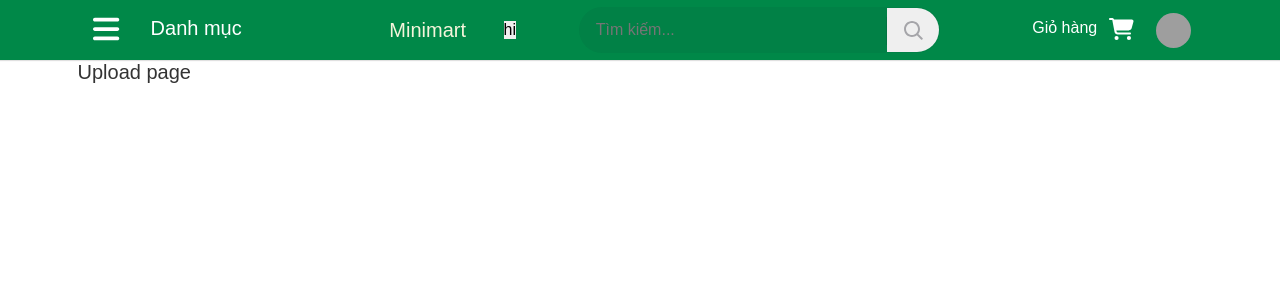
Repository: Duytan05/tiktok-ui
Page: /upload
An editor plug-in stored every save of this project. The page is shown before and after the next save, followed by the edit.
The browser window is 1280 px wide. The pictures show the whole page.
Pictures or frames that could not be fetched are drawn as grey boxes. Some web fonts or font styles are not loaded; a fallback is used. The project was rebuilt for these pictures with package versions that can differ from the ones it lists, and the page was loaded fresh each time. Also part of the build but not shown: src/component/Button/Button.module.scss, src/component/Popper/Popper.module.scss, src/component/Popper/Menu/Menu.module.scss, src/component/Popper/Menu/Header.js, src/component/AccountItem/AccountItem.module.scss, src/component/AccountItem/index.js, src/component/Layout/components/Cart/CartItem.js, src/component/Layout/components/Container/Container.module.scss and 16 more.

Above is the page before, as saved 2023-05-23 14:23:34.

### public/index.html
<!DOCTYPE html>

<html lang="en">
    <head>
        <link rel="stylesheet" href="https://cdn.jsdelivr.net/npm/bootstrap@5.3.0-alpha1/dist/css/bootstrap.min.css" />
        <meta charset="utf-8" />
        <link rel="icon" href="%PUBLIC_URL%/favicon.ico" />
        <meta name="viewport" content="width=device-width, initial-scale=1" />
        <meta name="theme-color" content="#000000" />
        <meta name="description" content="Web site created using create-react-app" />
        <link rel="apple-touch-icon" href="%PUBLIC_URL%/logo192.png" />

        <!--
      manifest.json provides metadata used when your web app is installed on a
      user's mobile device or desktop. See https://developers.google.com/web/fundamentals/web-app-manifest/
    -->
        <link rel="manifest" href="%PUBLIC_URL%/manifest.json" />

        <!--
      Notice the use of %PUBLIC_URL% in the tags above.
      It will be replaced with the URL of the `public` folder during the build.
      Only files inside the `public` folder can be referenced from the HTML.

      Unlike "/favicon.ico" or "favicon.ico", "%PUBLIC_URL%/favicon.ico" will
      work correctly both with client-side routing and a non-root public URL.
      Learn how to configure a non-root public URL by running `npm run build`.
    -->
        <title>React App</title>
    </head>

    <body>
        <script
            src="https://cdn.jsdelivr.net/npm/bootstrap@5.3.0-alpha1/dist/js/bootstrap.bundle.min.js"
            integrity="sha384-w76AqPfDkMBDXo30jS1Sgez6pr3x5MlQ1ZAGC+nuZB+EYdgRZgiwxhTBTkF7CXvN"
            crossorigin="anonymous"
        ></script>
        <noscript>You need to enable JavaScript to run this app.</noscript>
        <div id="root"></div>
        <!--
      This HTML file is a template.
      If you open it directly in the browser, you will see an empty page.

      You can add webfonts, meta tags, or analytics to this file.
      The build step will place the bundled scripts into the <body> tag.

      To begin the development, run `npm start` or `yarn start`.
      To create a production bundle, use `npm run build` or `yarn build`.
    --></body>
</html>

### src/index.js
import React from 'react';

import ReactDOM from 'react-dom/client';
import App from '~/App';
import reportWebVitals from './reportWebVitals';
import GlobalStyle from '~/component/GlobalStyles';
const root = ReactDOM.createRoot(document.getElementById('root'));
root.render(
    <React.StrictMode>
        <GlobalStyle>
            <App />
        </GlobalStyle>
    </React.StrictMode>,
);

// If you want to start measuring performance in your app, pass a function
// to log results (for example: reportWebVitals(console.log))
// or send to an analytics endpoint. Learn more: https://bit.ly/CRA-vitals
reportWebVitals();

### src/App.js
import { Fragment } from 'react';
import { BrowserRouter as Router, Routes, Route } from 'react-router-dom';
import { publicRoutes } from '~/routers';
import { DefaultLayout } from './component/Layout';
import '../node_modules/bootstrap/dist/css/bootstrap.min.css';
import { CartProvider } from 'react-use-cart';
function App() {
    return (
        <CartProvider>
            <Router>
                <div className="App">
                    <Routes>
                        {publicRoutes.map((route, index) => {
                            const Page = route.component;
                            let Layout = DefaultLayout;
                            if (route.layout) {
                                Layout = route.layout;
                            } else if (route.layout === null) {
                                Layout = Fragment;
                            }
                            return (
                                <Route
                                    key={index}
                                    path={route.path}
                                    element={
                                        <Layout>
                                            <Page />
                                        </Layout>
                                    }
                                />
                            );
                        })}
                    </Routes>
                </div>
            </Router>
        </CartProvider>
    );
}
export default App;

### src/component/GlobalStyles/index.js
import './GlobalStyles.scss';
function GlobalStyle({ children }) {
    return children;
}
export default GlobalStyle;

### src/routers/index.js
//layouts
import { HeaderOnly } from '~/component/Layout';

//pages
import Home from '~/pages/Home';
import Following from '~/pages/Following';
import Profile from '~/pages/Profile';
import Upload from '~/pages/Upload';
import Search from '~/pages/Search';
import Cart from '~/pages/Cart/Cart';

//Public routes
const publicRoutes = [
    { path: '/', component: Home },
    { path: '/folowing', component: Following },
    { path: '/@:nickname', component: Profile },
    { path: '/cart', component: Cart },
    { path: '/upload', component: Upload, layout: HeaderOnly },
    { path: '/search', component: Search, layout: null },
];

const priviteRoutes = [];

export { priviteRoutes, publicRoutes };

### src/component/GlobalStyles/GlobalStyles.scss
@import 'normalize.css';

:root {
    --primary: #fe2c55;
    --black: #000;
    --text-color: #333;
    --white: #fff;
    //Default layout
    --default-layout-header-height: 60px;
    --default-layout-width: 1150px;
    --default-layout-horizontal-spacer: 24px;
}
* {
    margin: 0;
    padding: 0;
    box-sizing: border-box;
}
html {
    font-size: 62.5%;
}
body {
    font-family: 'ProximaNova', sans-serif;
    font-size: 1.6rem;
    line-height: 1.5;
    text-rendering: optimizeSpeed;
    color: var(--text-color);
}
button,
input,
[tabindex] {
    outline: none;
    border: none;
}
a[href] {
    color: var(--text-color);
    text-decoration: none;
}
//Fonst embeded
@font-face {
    font-family: ProximaNova;
    src: url('/assets/fonts/Proxima-Nova-Regular.woff2');
    font-weight: 400;
}
@font-face {
    font-family: ProximaNova;
    src: url('/assets/fonts/Proxima-Nova-Semibold.woff2');
    font-weight: 600;
}
@font-face {
    font-family: ProximaNova;
    src: url('/assets/fonts/Proxima-Nova-Bold.woff');
    font-weight: 700;
}
@font-face {
    font-family: SofiaPro;
    src: url('/assets/fonts/sofiapro-bold.woff2');
    font-weight: 700;
}

//custom tippy tooltip
body {
    .tippy-box {
        border-radius: 8px;
        font-weight: 600;
        font-size: 1.6rem;
        line-height: 2.2rem;
        background-color: rgba(84, 84, 84, 0.92);
    }
    .tippy-content {
        padding: 8px 9px;
    }
    .tippy-arrow {
        color: rgba(84, 84, 84, 0.92);
    }
    .tippy-box[data-placement^='bottom'] > .tippy-arrow:before {
        top: -8px;
    }
}

### src/pages/Upload/index.js
function Upload() {
    return <h2>Upload page </h2>;
}
export default Upload;

### src/component/Layout/HeaderOnly/index.js
import Header from '~/component/Layout/components/Header';

function HeaderOnly({ children }) {
    return (
        <div>
            <Header />
            <div className="container">
                <div className="content">{children}</div>
            </div>
        </div>
    );
}

export default HeaderOnly;

### src/component/Button/index.js
import classNames from 'classnames/bind';
import { Link } from 'react-router-dom';
import styles from './Button.module.scss';

const cx = classNames.bind(styles);

function Button({
    to,
    href,
    primary = false,
    outline = false,
    text = false,
    disabled,
    rounded = false,
    small = false,
    large = false,
    children,
    className,
    leftIcon,
    rightIcon,
    onClick,
    ...passProps
}) {
    let Comp = 'button';

    const props = {
        onClick,
        ...passProps,
    };
    //remove event listener when btn is disabled
    if (disabled) {
        Object.keys(props).forEach((key) => {
            if (key.startsWith('on') && typeof props[key] === 'function') {
                delete props[key];
            }
        });
    }
    if (to) {
        props.to = to;
        Comp = Link;
    } else if (href) {
        props.href = href;
        Comp = 'a';
    }
    const classes = cx('wrapper', {
        [className]: className,
        primary,
        outline,
        text,
        rounded,
        small,
        disabled,
        large,
    });
    return (
        <Comp className={classes} {...props}>
            {leftIcon && <span className={cx('icon')}>{leftIcon}</span>}
            <span className={cx('title')}>{children}</span>
            {rightIcon && <span className={cx('icon')}>{rightIcon}</span>}
        </Comp>
    );
}

export default Button;

### src/component/Layout/components/Header/Header.module.scss
.wrapper {
    --search-border-radius: 92px;
    --search-height: 46px;
    --search-top-spacer: 9px;
    --search-buttom-width: 52px;
    width: 100%;
    height: var(--default-layout-header-height, 60px);
    box-shadow: 0px 1px 1px rgb(0 0 0/ 12%);
    display: flex;
    justify-content: center;
    background-color: #008848;
}

.inner {
    height: 100%;
    width: var(--default-layout-width);
    padding: 0 var(--default-layout-horizontal-spacer);
    display: flex;
    align-items: center;
    justify-content: space-between;
}

.custom-login {
    color: red;
}
//actions
.actions {
    display: flex;
    align-items: center;
}
.more-btn {
    font-size: 2rem;
    margin-left: 28px;
    padding: 4px 8px;
    background-color: transparent;
    cursor: pointer;
}
.action-btn {
    font-size: 2.2rem;
    color: white;
    background-color: transparent;
    padding: 4px 12px;
    cursor: pointer;
}
.user-avatar {
    width: 35px;
    height: 35px;
    object-fit: cover;
    border-radius: 50%;
    margin-left: 10px;
    cursor: pointer;
}
.category {
    width: 45px;
    height: 45px;
    font-size: 30px;
    align-items: center;
    color: white;
    margin-left: 4px;
    cursor: pointer;
}
.font {
    margin-right: 40px;
    font-size: 16px;
    color: white;
}
.logo {
    font-size: 20px;
    margin-left: 95px;
    color: beige;
    // margin-right: 60px;
}
.map {
    margin-left: 25px;
    margin-right: 50px;
}
.cart {
    font-size: 16px;
    color: white;
    background-color: transparent;
    margin-left: 80px;
}

### src/assets/images/index.js
const images = {
    logo: require('~/assets/images/logo.webp').default,
    noImage: require('~/assets/images/no-image.png'),
};

export default images;

### src/component/Popper/Menu/index.js
import classNames from 'classnames/bind';
import Tippy from '@tippyjs/react/headless';

import { Wrapper as PopperWrapper } from '~/component/Popper';
import styles from './Menu.module.scss';
// import Header from './Header';
import MenuItem from './MenuItem';
import { useState } from 'react';
import Header from './Header';

const cx = classNames.bind(styles);

const defaultfn = () => {};

function Menu({ children, items = [], onChange = defaultfn }) {
    const [history, setHistory] = useState([{ data: items }]);
    const current = history[history.length - 1];

    const renderItems = () => {
        return current.data.map((item, index) => {
            const isParent = !!item.children;
            return (
                <MenuItem
                    key={index}
                    data={item}
                    onClick={() => {
                        if (isParent) {
                            setHistory((prev) => [...prev, item.children]);
                        } else {
                            onChange(item);
                        }
                    }}
                />
            );
        });
    };
    return (
        <Tippy
            interactive
            placement="bottom-start"
            delay={[0, 5000]}
            offset={[0, 0]}
            render={(attrs) => (
                <div className={cx('menu-list')} tabIndex="-1" {...attrs}>
                    <PopperWrapper className={cx('menu-popper')}>
                        {history.length > 1 && (
                            <Header
                                title="Types"
                                onBack={() => {
                                    setHistory((prev) => prev.slice(0, prev.length - 1));
                                }}
                            />
                        )}

                        {renderItems()}
                    </PopperWrapper>
                </div>
            )}
            // set lại giá trị như ban đầu
            onHide={() => setHistory((prev) => prev.slice(0, 1))}
        >
            {children}
        </Tippy>
    );
}

export default Menu;

### src/component/icons/index.js
export const MessengerIcon = (className, width = '2.8rem', height = '2.8rem') => (
    <svg
        class={className}
        width={width}
        data-e2e=""
        height={height}
        viewBox="0 0 48 48"
        fill="currentColor"
        xmlns="http://www.w3.org/2000/svg"
    >
        <path
            fill-rule="evenodd"
            clip-rule="evenodd"
            d="M2.17877 7.17357C2.50304 6.45894 3.21528 6 4.00003 6H44C44.713 6 45.372 6.37952 45.7299 6.99615C46.0877 7.61278 46.0902 8.37327 45.7365 8.99228L25.7365 43.9923C25.3423 44.6821 24.5772 45.0732 23.7872 44.9886C22.9972 44.9041 22.3321 44.3599 22.0929 43.6023L16.219 25.0017L2.49488 9.31701C1.97811 8.72642 1.85449 7.88819 2.17877 7.17357ZM20.377 24.8856L24.531 38.0397L40.5537 10H8.40757L18.3918 21.4106L30.1002 14.2054C30.5705 13.9159 31.1865 14.0626 31.4759 14.533L32.5241 16.2363C32.8136 16.7066 32.6669 17.3226 32.1966 17.612L20.377 24.8856Z"
        ></path>
    </svg>
);

export const InboxIcon = (className, width = '3.2rem', height = '3.2rem') => (
    <svg
        class={className}
        width={width}
        data-e2e=""
        height={height}
        viewBox="0 0 32 32"
        fill="currentColor"
        xmlns="http://www.w3.org/2000/svg"
    >
        <path
            fill-rule="evenodd"
            clip-rule="evenodd"
            d="M24.0362 21.3333H18.5243L15.9983 24.4208L13.4721 21.3333H7.96047L7.99557 8H24.0009L24.0362 21.3333ZM24.3705 23.3333H19.4721L17.2883 26.0026C16.6215 26.8176 15.3753 26.8176 14.7084 26.0026L12.5243 23.3333H7.62626C6.70407 23.3333 5.95717 22.5845 5.9596 21.6623L5.99646 7.66228C5.99887 6.74352 6.74435 6 7.66312 6H24.3333C25.2521 6 25.9975 6.7435 26 7.66224L26.0371 21.6622C26.0396 22.5844 25.2927 23.3333 24.3705 23.3333ZM12.6647 14C12.2965 14 11.998 14.2985 11.998 14.6667V15.3333C11.998 15.7015 12.2965 16 12.6647 16H19.3313C19.6995 16 19.998 15.7015 19.998 15.3333V14.6667C19.998 14.2985 19.6995 14 19.3313 14H12.6647Z"
        ></path>
    </svg>
);
export const SearchIcon = (className, width = '2.4rem', height = '2.4rem') => (
    <svg
        className={className}
        width={width}
        data-e2e=""
        height={height}
        viewBox="0 0 48 48"
        fill="currentColor"
        xmlns="http://www.w3.org/2000/svg"
    >
        <path
            fill-rule="evenodd"
            clip-rule="evenodd"
            d="M22 10C15.3726 10 10 15.3726 10 22C10 28.6274 15.3726 34 22 34C28.6274 34 34 28.6274 34 22C34 15.3726 28.6274 10 22 10ZM6 22C6 13.1634 13.1634 6 22 6C30.8366 6 38 13.1634 38 22C38 25.6974 36.7458 29.1019 34.6397 31.8113L43.3809 40.5565C43.7712 40.947 43.7712 41.5801 43.3807 41.9705L41.9665 43.3847C41.5759 43.7753 40.9426 43.7752 40.5521 43.3846L31.8113 34.6397C29.1019 36.7458 25.6974 38 22 38C13.1634 38 6 30.8366 6 22Z"
        ></path>
    </svg>
);

### src/component/Images/index.js
import classNames from 'classnames';
import { forwardRef, useState } from 'react';
import images from '~/assets/images';
import Styles from './Image.module.scss';
const Image = forwardRef(({ src, alt, className, fallback: customFallback = images.noImage, ...props }, ref) => {
    const [fallback, setFallback] = useState('');

    const handleError = () => {
        setFallback(images.noImage);
    };
    return (
        <img
            className={classNames(Styles.wrapper, className)}
            ref={ref}
            src={fallback || src}
            alt={alt}
            {...props}
            onError={handleError}
        />
    );
});

export default Image;

### src/component/Layout/components/Search/index.js
import { useEffect, useRef, useState } from 'react';

import HeadlessTippy from '@tippyjs/react/headless';
import { FontAwesomeIcon } from '@fortawesome/react-fontawesome';
import { faCircleXmark, faSpinner } from '@fortawesome/free-solid-svg-icons';
import classNames from 'classnames/bind';

import * as request from '~/utills/request';
import { Wrapper as PopperWrapper } from '~/component/Popper';
import { SearchIcon } from '~/component/icons';
import AccountItem from '~/component/AccountItem';
import { useDebounce } from '~/hooks';
import styles from './Search.module.scss';
const cx = classNames.bind(styles);
function Search() {
    const [searchValue, setSearchValue] = useState('');
    const [searchResult, setSearchResult] = useState([]);
    const [showResult, setShowResult] = useState(true);
    const [loading, setLoading] = useState(false);
    const inputRef = useRef();

    const debounced = useDebounce(searchValue, 500);
    useEffect(() => {
        if (!debounced.trim()) {
            setSearchResult([]);
            return;
        }
        setLoading(true);

        const fetchApi = async () => {};
        fetchApi();
        request
            .get(`users/search`, {
                params: {
                    q: debounced,
                    type: 'less',
                },
            })
            // .then((res) => res.json())
            .then((res) => {
                setSearchResult(res.data.data);
                setLoading(false);
            })
            .catch(() => {
                setLoading(false);
            });
    }, [debounced]);
    const handleClear = () => {
        setSearchValue('');
        setSearchResult([]);
        inputRef.current.focus();
    };
    const handleResult = () => {
        setShowResult(false);
    };
    return (
        <HeadlessTippy
            interactive
            // kết quả tìm kiếm lớn hơn 0 mới hiện kết quả
            visible={showResult && searchResult.length > 0}
            render={(attrs) => (
                <div className={cx('search-result')} tabIndex="-1" {...attrs}>
                    <PopperWrapper>
                        <h4 className={cx('search-title')}>Account</h4>
                        {searchResult.map((result) => (
                            <AccountItem key={result.id} data={result} />
                        ))}
                    </PopperWrapper>
                </div>
            )}
            onClickOutside={handleResult}
        >
            <div className={cx('search')}>
                <input
                    ref={inputRef}
                    value={searchValue}
                    placeholder="Tìm kiếm..."
                    spellCheck={false}
                    onChange={(e) => setSearchValue(e.target.value)}
                    onFocus={() => setShowResult(true)}
                />
                {!!searchValue && !loading && (
                    <button className={cx('clear')} onClick={handleClear}>
                        <FontAwesomeIcon icon={faCircleXmark} />
                    </button>
                )}
                {loading && <FontAwesomeIcon className={cx('loading')} icon={faSpinner} />}

                <button className={cx('search-btn')}>
                    <SearchIcon />
                </button>
            </div>
        </HeadlessTippy>
    );
}

export default Search;

### src/component/Popper/Menu/MenuItem.js
import classNames from 'classnames/bind';
import Button from '~/component/Button';
import styles from './Menu.module.scss';

const cx = classNames.bind(styles);

function MenuItem({ data, onClick }) {
    const classes = cx('menu-item', {
        separate: data.separate,
    });
    return (
        <Button className={classes} leftIcon={data.icon} to={data.to} onClick={onClick}>
            {' '}
            {data.title}
        </Button>
    );
}
export default MenuItem;

### src/utills/request.js
import axios from 'axios';

const request = axios.create({
    baseURL: 'https://tiktok.fullstack.edu.vn/api/',
});

export const get = async (path, options = {}) => {
    const response = await request.get();
    return response.data;
};
export default request;

### src/component/Layout/components/Search/Search.module.scss
.search,
.search-result {
    width: 361px;
}
.search {
    position: relative;
    height: var(--search-height);
    padding-left: 16px;
    display: flex;
    background-color: rgb(22, 25, 35, 0.06);
    // cho hình nó cong , tròn lại xíu hhaa
    border-radius: var(--search-border-radius);
    border: 1.5px solid transparent;

    input {
        flex: 1;
        height: 100%;
        color: var(--black);
        font-size: 1.6rem;
        // màu con nháy chuột
        caret-color: var(--primary);
        background-color: transparent;
    }
    input:not(:placeholder-shown) ~ .search-btn {
        color: rgba(22, 24, 35, 0.75);
    }
    &::after {
        content: '';
        position: absolute;
        top: var(--search-top-spacer);
        right: var(--search-buttom-width);
        height: calc(var(--search-height) - var(--search-top-spacer) * 2);
        width: 1px;
        background-color: rgba(22, 24, 35, 0.12);
    }
    &:focus-within {
        border-color: rgba(22, 24, 35, 0.2);
    }
}
.search-title {
    padding: 5px 12px;
    font-size: 1.4rem;
    font-weight: 600;
    color: rgba(22, 24, 35, 0.5);
}
.clear,
.loading {
    position: absolute;
    //căn giữa
    right: calc(var(--search-buttom-width) + 16px);
    top: 50%;
    transform: translateY(-50%);
    color: rgba(22, 24, 35, 0.34);
}
.loading {
    animation: spinner 2s linear infinite;
}

@keyframes spinner {
    from {
        transform: translateY(-50%) rotate(0);
    }
    to {
        transform: translateY(-50%) rotate(360deg);
    }
}
.search-btn {
    width: var(--search-buttom-width);
    height: 100%;
    border-top-right-radius: var(--search-border-radius);
    border-bottom-right-radius: var(--search-border-radius);
    font-size: 1.8rem;
    color: rgba(22, 24, 35, 0.34);
    &:hover {
        cursor: pointer;
        background-color: rgba(22, 24, 35, 0.03);
    }
    &:active {
        background-color: rgba(22, 24, 35, 0.06);
    }
}

### src/component/Popper/Wrapper.js
import classNames from 'classnames/bind';
import styles from './Popper.module.scss';

const cx = classNames.bind(styles);
function Wrapper({ children, className }) {
    return <div className={cx('wrapper', className)}>{children}</div>;
}

export default Wrapper;

### src/hooks/useDebounce.js
import { useState, useEffect } from 'react';

function useDebounce(value, delay) {
    const [debounceValue, setDebounceValue] = useState(value);

    useEffect(() => {
        const handler = setTimeout(() => setDebounceValue(value), delay);

        return () => clearTimeout(handler);
    }, [value]);

    return debounceValue;
}
export default useDebounce;

Loaded but not shown: src/reportWebVitals.js (common file); src/component/Layout/index.js (common file); src/component/Popper/index.js (common file); src/component/Images/Image.module.scss (common file); src/hooks/index.js (common file); src/component/Layout/components/Header/index.js (262 lines, source omitted); src/component/Layout/components/Itemcart/itemcart.module.scss (no stored copy; drawn as an empty file)

After the next save:
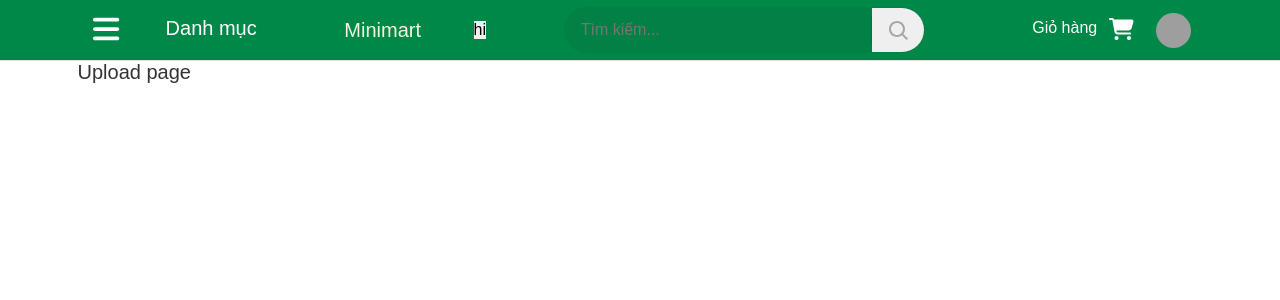
Saved 25 s later.
--- a/src/component/Layout/components/Header/Header.module.scss
+++ b/src/component/Layout/components/Header/Header.module.scss
@@ -66,7 +66,7 @@
 }
 .logo {
     font-size: 20px;
-    margin-left: 95px;
+    margin-left: 20px;
     color: beige;
     // margin-right: 60px;
 }
